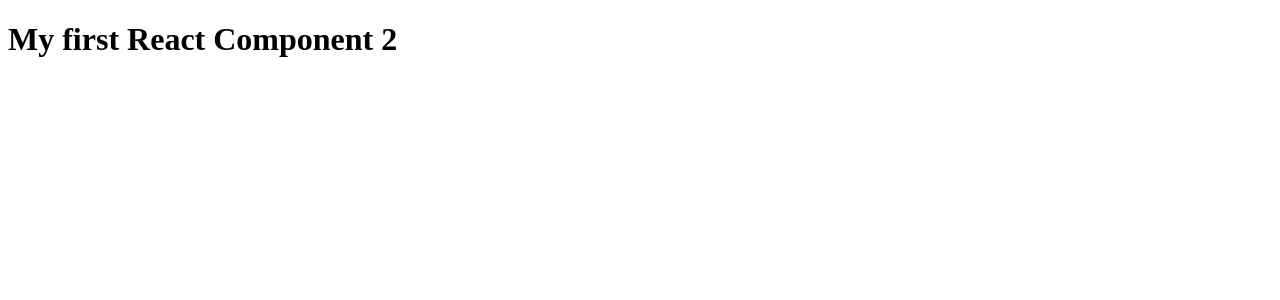
Repository: vetulitichev/JavaScript-Basic
Page: / (app in classworks/24/react-basic/)
An editor plug-in stored every save of this project. The page is shown before and after the next save, followed by the edit.
The browser window is 1280 px wide. The pictures show the whole page.
The project was rebuilt for these pictures with package versions that can differ from the ones it lists, and the page was loaded fresh each time. Also part of the build but not shown: classworks/24/react-basic/webpack.config.js.

Above is the page before, as saved 2017-02-22 21:01:36.

After the next save:
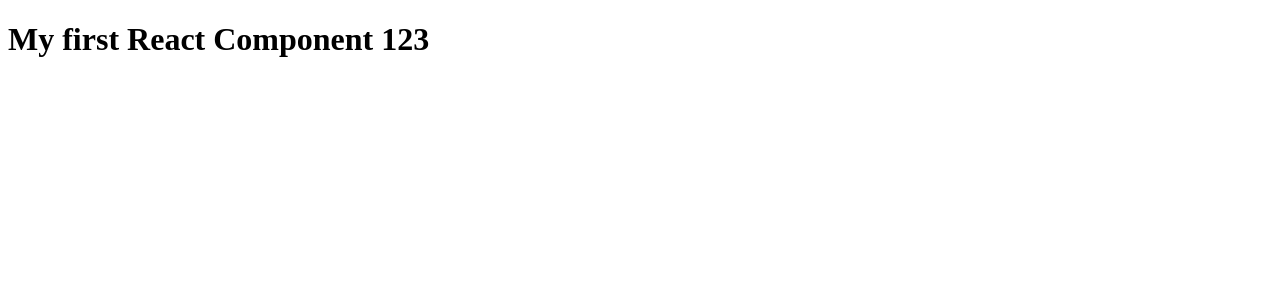
Saved 9 s later.
--- a/classworks/24/react-basic/src/index.js
+++ b/classworks/24/react-basic/src/index.js
@@ -6,7 +6,7 @@
 class App extends React.Component {
   render() {
     let arr = [1,2,3];
-    return <h1> My first React Component {1+1}</h1>
+    return <h1> My first React Component {arr}</h1>
   }
 }
 
